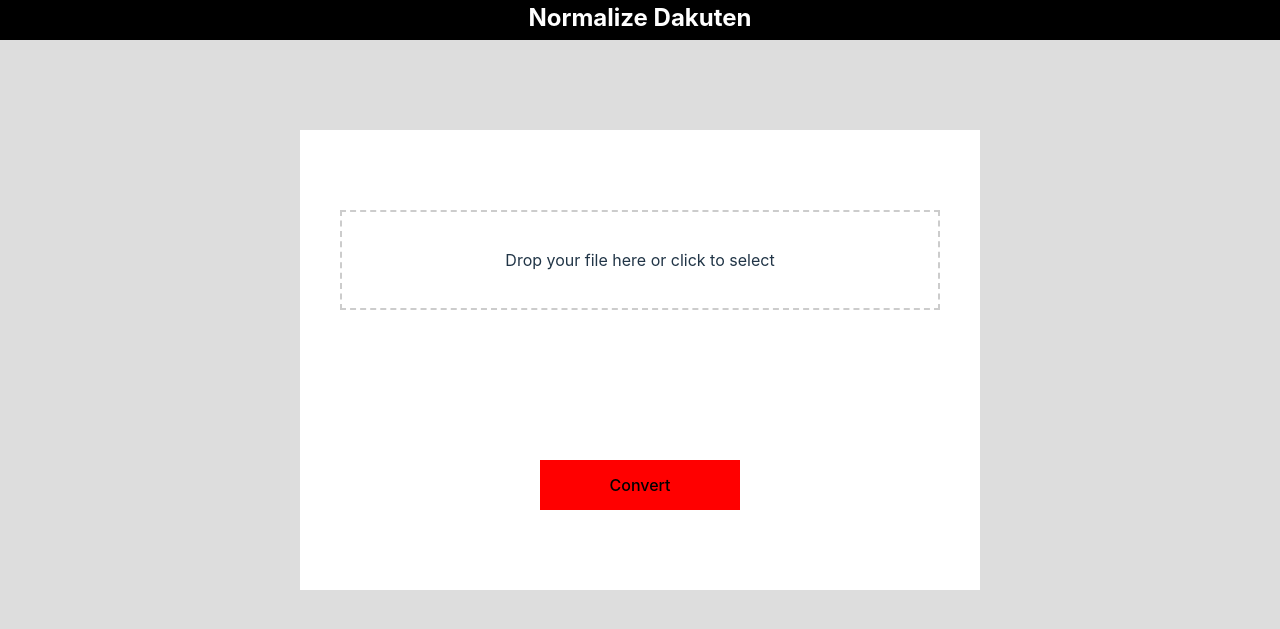
Repository: CatHandsService/normalize_dakuten
Page: / (app in front/)
These files come from the project's save history. The page is drawn as it stood at one moment and after the next save; the edit follows.
The browser window is 1280 px wide. The pictures show the whole page.
The project was rebuilt for these pictures with package versions that can differ from the ones it lists, and the page was loaded fresh each time. Also part of the build but not shown: front/vite.config.ts.

Above is the page before, as saved 2024-01-27 16:53:46.

### front/src/App.tsx
import './App.css'
import { Header } from './components/Header'
import { ImportFile } from './components/ImportFile'
import { Convert } from './components/Convert'

function App() {

  return (
    <div className='main'>
      <Header />
      <div className='container'>
        <ImportFile />
        <Convert />
      </div>
    </div>
  )
}

export default App

### front/src/App.css
#root {
  max-width: 1280px;
  margin: 0 auto;
  padding: 2rem;
  text-align: center;
}

body {
  background-color: #ddd;
}

.header {
  width: 100%;
  height: 40px;
  background-color: #000;
  color: #fff;
  font-size: 24px;
  font-weight: bold;
  text-align: center;
  position: fixed;
  left: 0;
  top: 0;
}
.container {
  width: 600px;
  height: 300px;
  margin: 60px auto;
  padding: 80px 40px;
  background-color: #fff;
  display: flex;
  flex-direction: column;
  justify-content: space-between;
}

.inputField {
  width: 400px;
  height: 300px;
}
.convert {
  width: 200px;
  height: 50px;
  background-color: #f00;
  border-radius: 0;
}

.validMessage {
  color: blue;
  font-size: 24px;
  font-weight: bold;
}

.failedMessage {
  color: red;
  font-size: 24px;
  font-weight: bold;
}

### front/src/components/Header.tsx
import '../App.css'

export const Header = () => {
  return (
    <div className="header">
      Normalize Dakuten
    </div>
  )
}

### front/src/components/ImportFile.tsx
import '../App.css'
import React, { useCallback, useState } from 'react';
import { useDropzone } from 'react-dropzone';

export const ImportFile = () => {
  const [selectedFile, setSelectedFile] = useState<File | null>(null);
  const [fileName, setFileName] = useState<string>('');
  const [validMessage, setValidMessage] = useState<string>('');
  const [errorMessage, setErrorMessage] = useState<string>('');

  const onDrop = useCallback((acceptedFiles: File[]) => {
    // ファイルが選択された時の処理
    const file = acceptedFiles[0];
    setSelectedFile(file);
    setFileName(file.name);

    // エクセルで取り扱えるファイルかどうかのバリデーションを実行
    if (validateFile(file)) {
      // バリデーションが通れば、ここで必要な処理を実行
      setErrorMessage("");
      setValidMessage('The file is a file that can be handled by Excel.');
      console.log('The file is a file that can be handled by Excel.');
    } else {
      // バリデーションが通らない場合はエラーメッセージを表示などの処理を実行
      console.error('This file cannot be handled by Excel.');
      // window.confirm("This file cannot be handled by Excel.");
      setValidMessage("");
      setErrorMessage("This file cannot be handled by Excel.");
      setSelectedFile(null);
      setFileName('');
    }
  }, []);

  const validateFile = (file: File): boolean => {
    // エクセルで取り扱えるかのバリデーションロジックをここに実装
    // 例として、拡張子がxlsxの場合にtrueを返すものとします
    return file.name.toLowerCase().endsWith('.xlsx');
  };

  const { getRootProps, getInputProps } = useDropzone({
    onDrop,
    multiple: false, // 一度に複数のファイルを選択できないようにする
    accept: '.xlsx', // 受け入れるファイルの種類を指定
  });

  return (
    <div>
      <div {...getRootProps()} style={dropzoneStyles}>
        <input className='inputField' {...getInputProps()} />
        <p>Drop your file here or click to select</p>
        {validMessage !== ""
            ? <p className='validMessage'>{validMessage}</p>
            : errorMessage !== ""
              ? <p className='failedMessage'>{errorMessage}</p>
              : null
        }
      </div>
      {selectedFile && (
        <p className='message'>selected file : {fileName}</p>
      )}
    </div>
  );
};

const dropzoneStyles: React.CSSProperties = {
  border: '2px dashed #cccccc',
  padding: '20px',
  textAlign: 'center',
  cursor: 'pointer',
};

### front/src/components/Convert.tsx
import '../App.css'

export const Convert = () => {
  return (
    <div>
      <button className='convert'>Convert</button>
    </div>
  )
}

Loaded but not shown: front/index.html (common file); front/src/main.tsx (common file); front/src/index.css (common file)

After the next save:
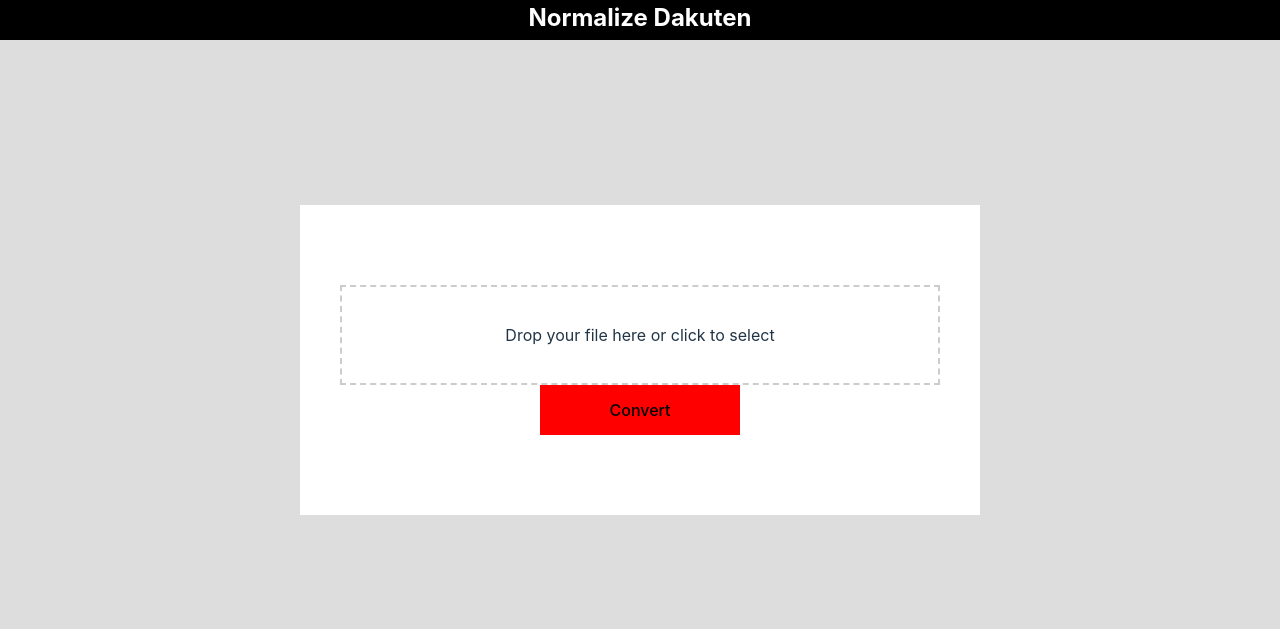
Saved 24 s later.
--- a/front/src/App.css
+++ b/front/src/App.css
@@ -23,7 +23,7 @@ body {
 }
 .container {
   width: 600px;
-  height: 300px;
+  /* height: 300px; */
   margin: 60px auto;
   padding: 80px 40px;
   background-color: #fff;
